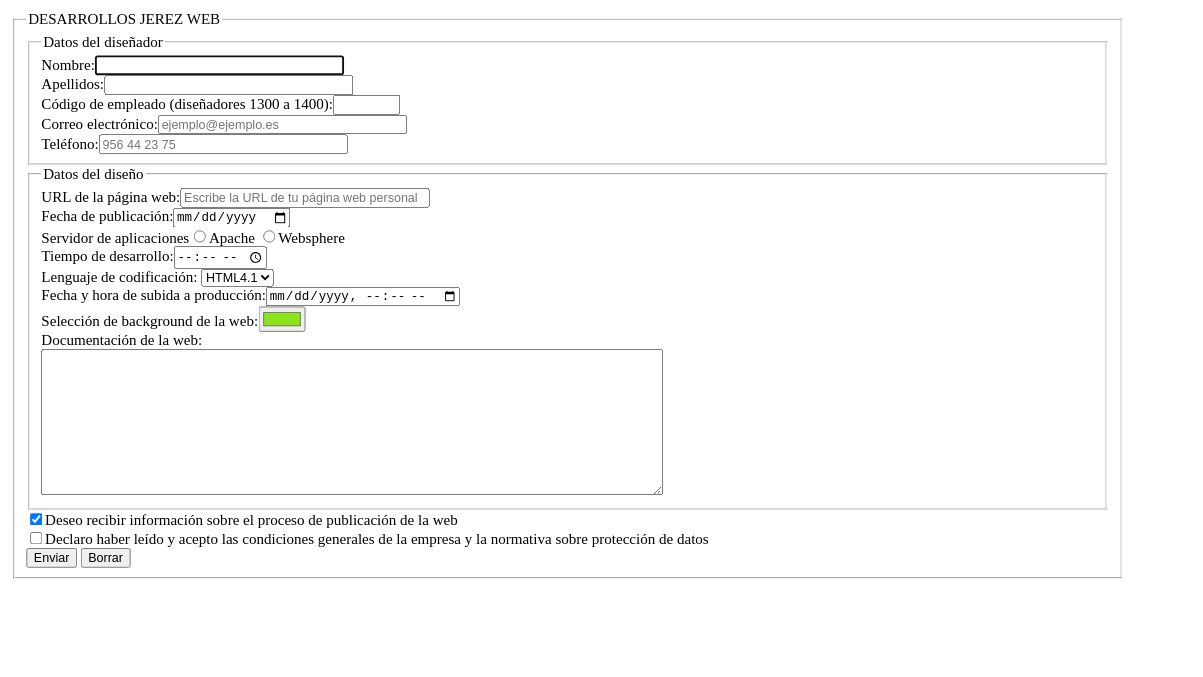
Repository: iSaan86/EV_Practica_FormularioCSS
Page: index.html
The author's editor kept a copy of each file at every save. The page is drawn from the files as they stood at one save, then again after the next save.
The browser window is 1280 px wide. The pictures show the whole page, at 94% of full size.

Above is the page before, as saved 2024-01-11 17:33:18.

After the next save:
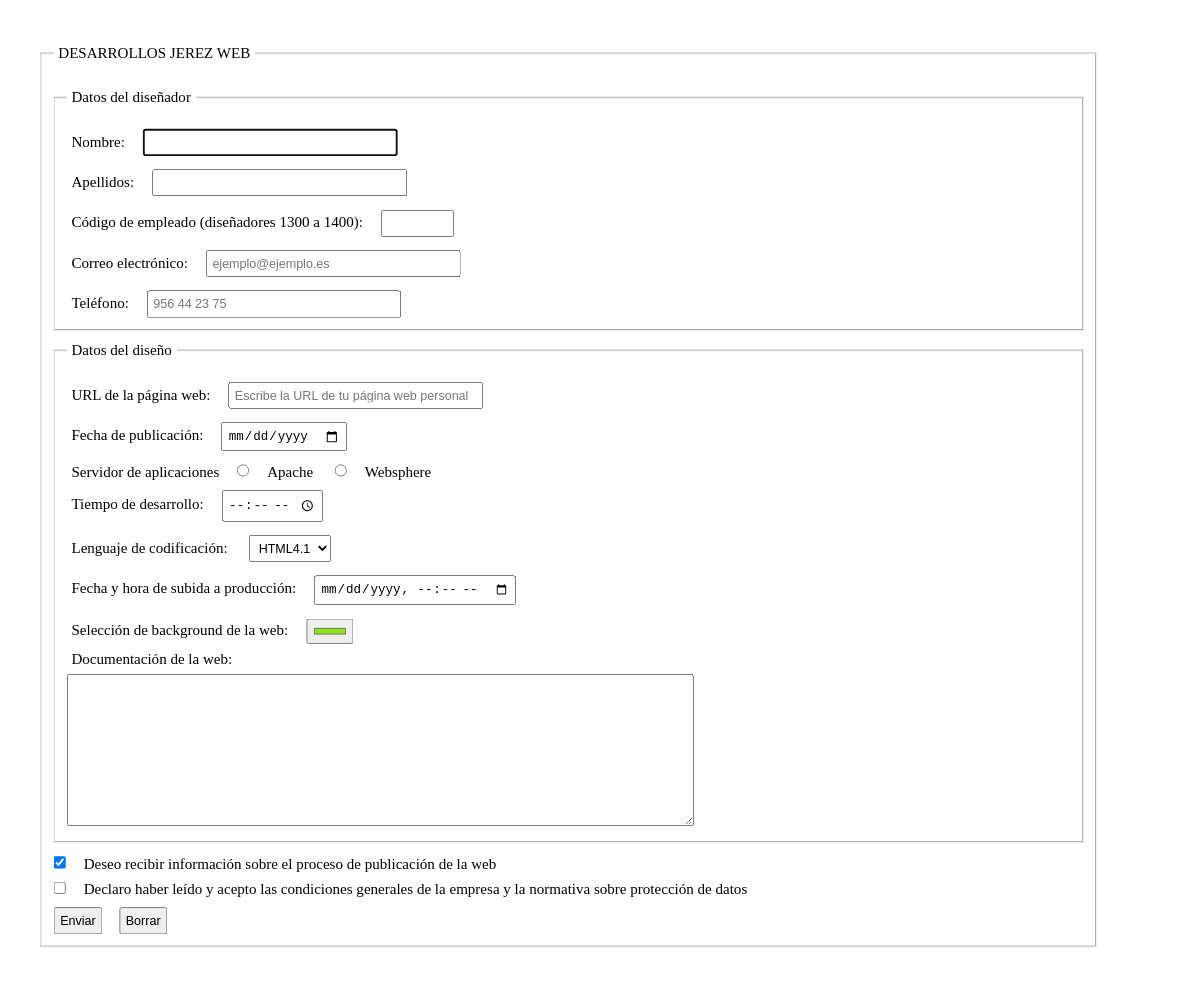
Saved 33 s later.
--- a/css/estilo.css
+++ b/css/estilo.css
@@ -1,8 +1,10 @@
 @charset "UTF-8";
 
 /* Para todo el html */
-body{
+*{
     padding: 5px;
     margin:7px;
+}
+body{
     padding-right: 6%;
 }
